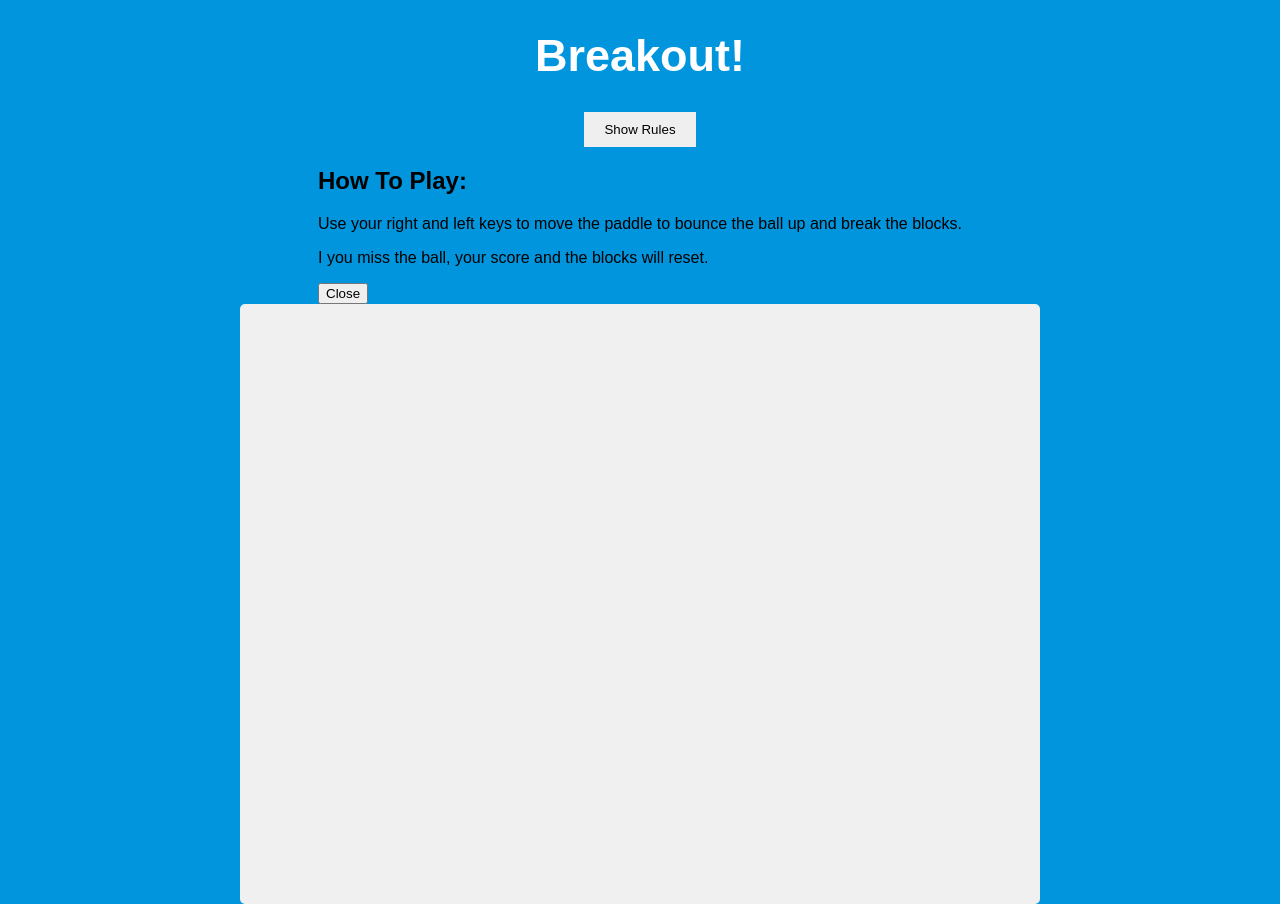
Repository: JackyZzZz/BREAKOUT-GAME
Page: index.html
These files come from the project's save history. The page is drawn as it stood at one moment and after a run of saves; the edit follows.
The browser window is 1280 px wide. The pictures show the whole page.

Above is the page before, as saved 2023-09-04 20:38:45.

### index.html
<!DOCTYPE html>
<html lang="en">
<head>
    <meta charset="UTF-8">
    <meta name="viewport" content="width=device-width, initial-scale=1.0">
    <meta http-equiv="" content="X-UA-Compatible" content="ie=edge">
    <link rel="stylesheet" href="style.css">
    <title>Breakout!</title>
</head>
<body>
    <h1>Breakout!</h1>
    <button id="rules-btn" class="btn rules-btn">Show Rules</button>
    <div id="rules" class="rules">
        <h2>How To Play:</h2>
        <p>
            Use your right and left keys to move the paddle to bounce the ball up and break the blocks.
        </p>
        <p>I you miss the ball, your score and the blocks will reset.</p>
        <button id="close-btn" class="close-btn">Close</button>
    </div>

    <canvas id="canvas" width="800" height="600"></canvas>

    <script src="script.js"></script>
</body>
</html>

### style.css
* {
    box-sizing: border-box;
}

body {
    background-color: #0095dd;
    display: flex;
    flex-direction: column;
    align-items: center;
    justify-content: center;
    font-family: Arial, Helvetica, sans-serif;
    min-height: 100vh;
    margin: 0;
}

h1 {
    font-size: 45px;
    color: #fff
}

canvas {
    background-color: #f0f0f0;
    display: block;
    border-radius: 5px;
}

.btn {
    cursor: pointer;
    border: 0;
    padding: 10px 20px;
}

Loaded but not shown: script.js (no copy from this time; the picture is the same without it)

After the next 2 saves:
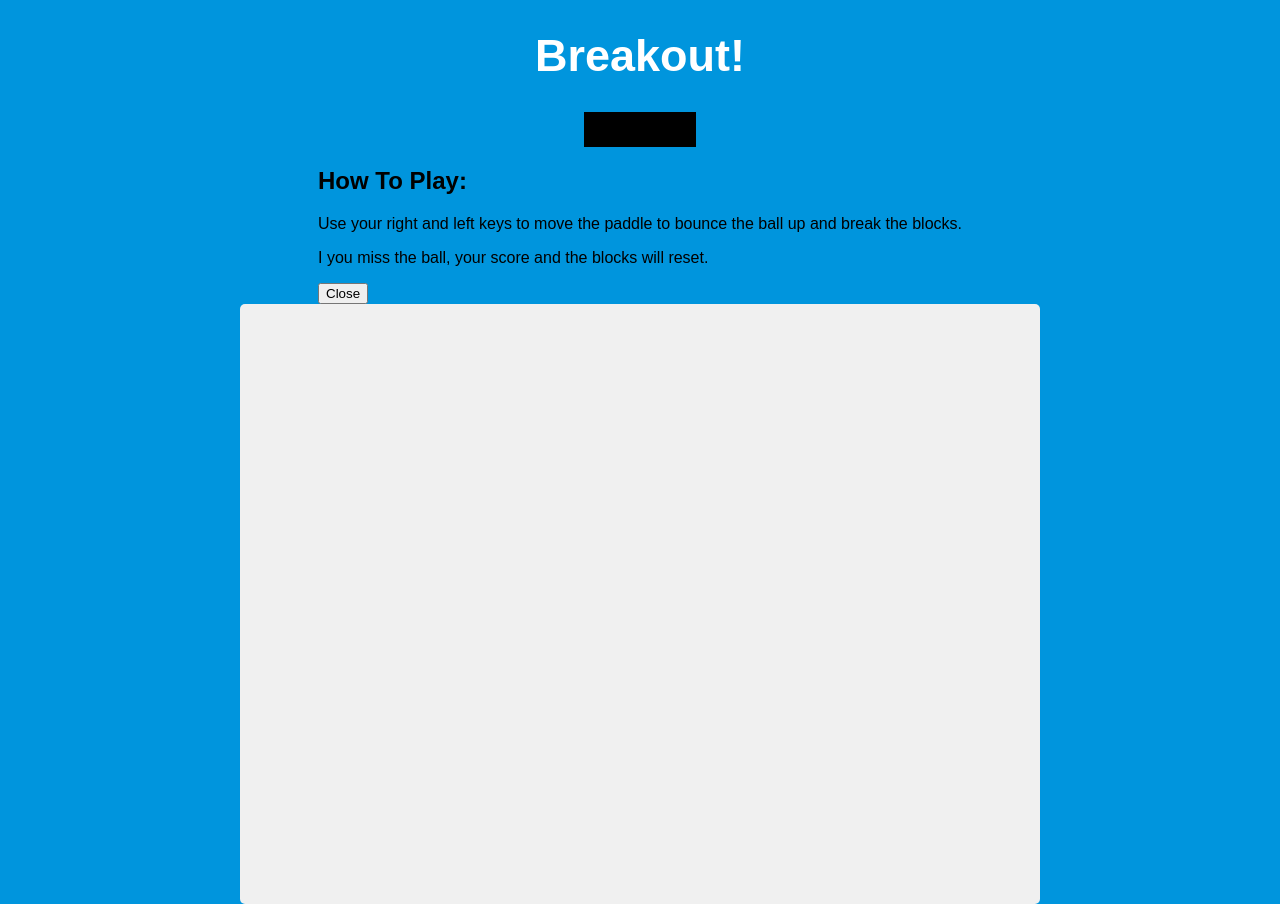
The 2 saves are shown as one change because they came seconds apart.
The last was saved 7 s later.
--- a/style.css
+++ b/style.css
@@ -28,4 +28,5 @@ canvas {
     cursor: pointer;
     border: 0;
     padding: 10px 20px;
+    background-color: #000;
 }
